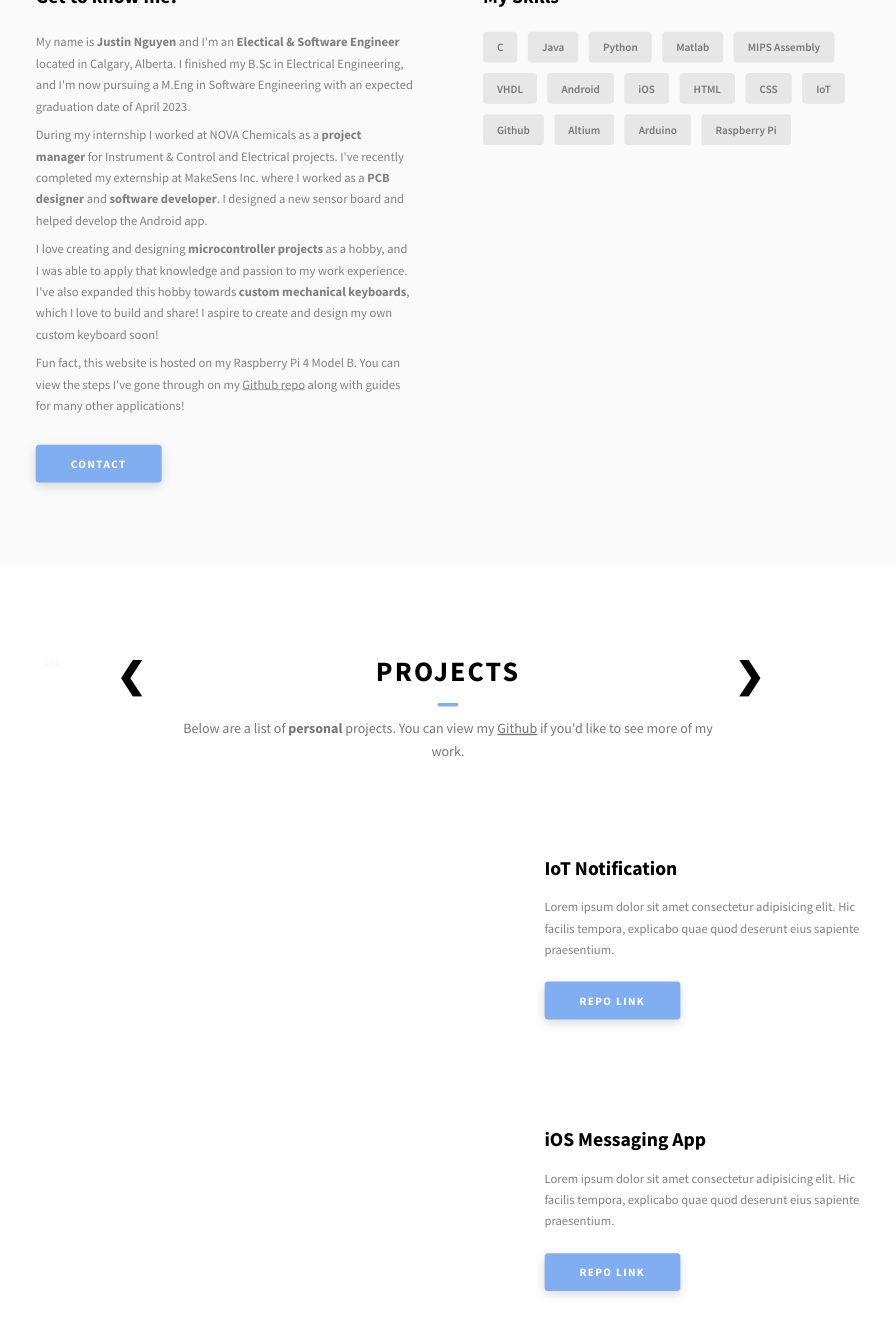
Repository: justinknguyen/Personal-Portfolio
Page: index.html
An editor plug-in stored every save of this project. The page is shown before and after the next save, followed by the edit.
The browser window is 1280 px wide. The pictures show the part of the page from y = 1195 to 3115 px (the page is 5564 px tall), at 70% of full size.
The style sheet was rebuilt from its Sass, Less or Tailwind sources for each picture, by a compiler version that may differ from the author's.

Above is the page before, as saved 2022-09-07 23:25:36.

After the next save:
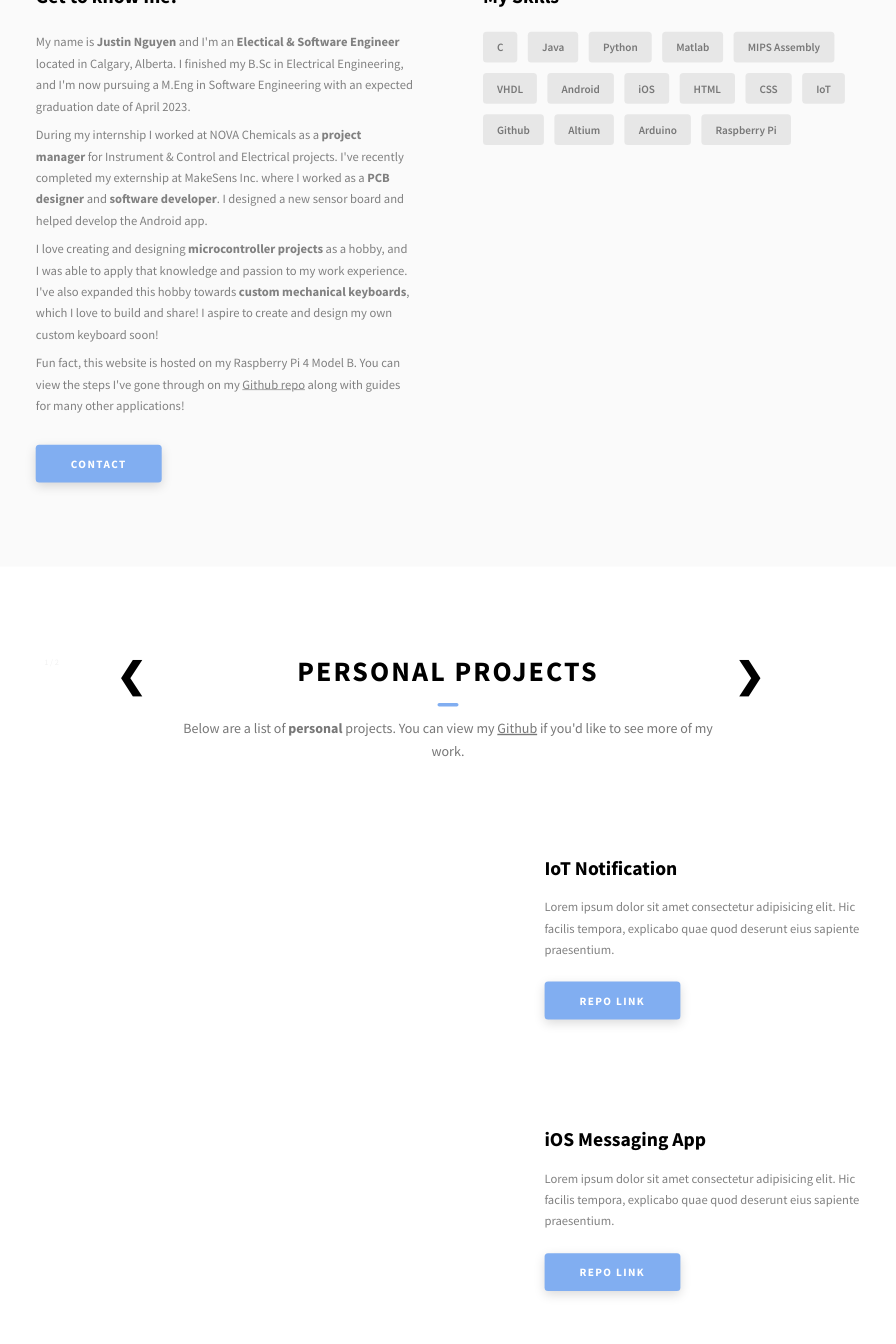
Saved 40 s later.
--- a/index.html
+++ b/index.html
@@ -224,7 +224,7 @@
             <div class="numbertext">1 / 2</div>
 
             <h2 class="heading heading-sec heading-sec__mb-bg">
-              <span class="heading-sec__main">Projects</span>
+              <span class="heading-sec__main">Personal Projects</span>
               <span class="heading-sec__sub">
                 Below are a list of <strong>personal</strong> projects.
                 You can view my
@@ -337,7 +337,7 @@
           <div class="mySlides fade">
             <div class="numbertext">2 / 2</div>
             <h2 class="heading heading-sec heading-sec__mb-bg">
-              <span class="heading-sec__main">Projects</span>
+              <span class="heading-sec__main">School + Work Projects</span>
               <span class="heading-sec__sub">
                 Below are a list of <strong>school</strong> and <strong>work</strong> projects.
                 You can view my
